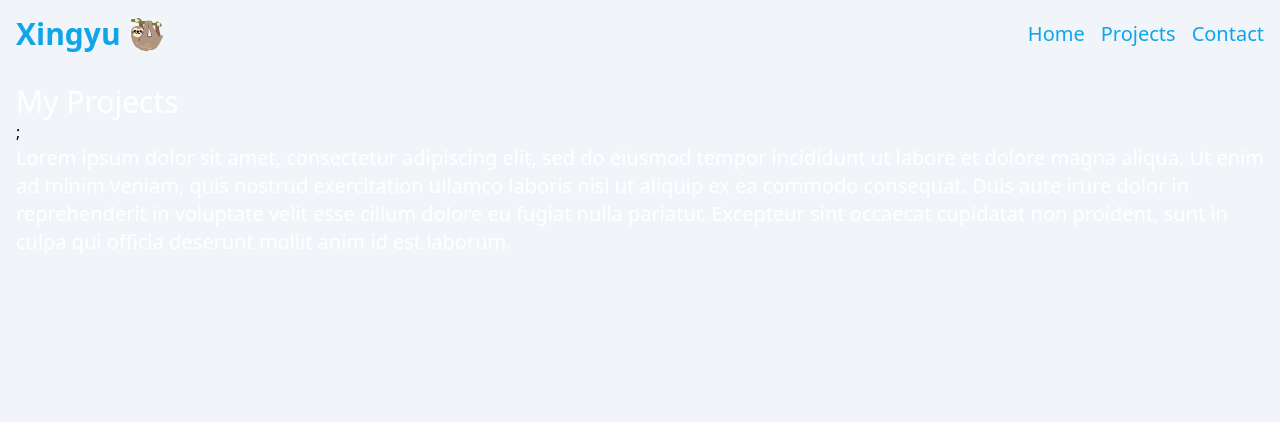
Repository: therealcyberlord/personal-portfolio
Page: /projects
These files come from the project's save history. The page is drawn as it stood at one moment and after the next save; the edit follows.
The browser window is 1280 px wide. The pictures show the whole page.
The project was rebuilt for these pictures with package versions that can differ from the ones it lists, and the page was loaded fresh each time. Also part of the build but not shown: vite.config.ts, src/components/Profile.tsx, src/pages/Home.tsx, src/pages/Contact.tsx.

Above is the page before, as saved 2023-07-31 22:30:11.

After the next save:
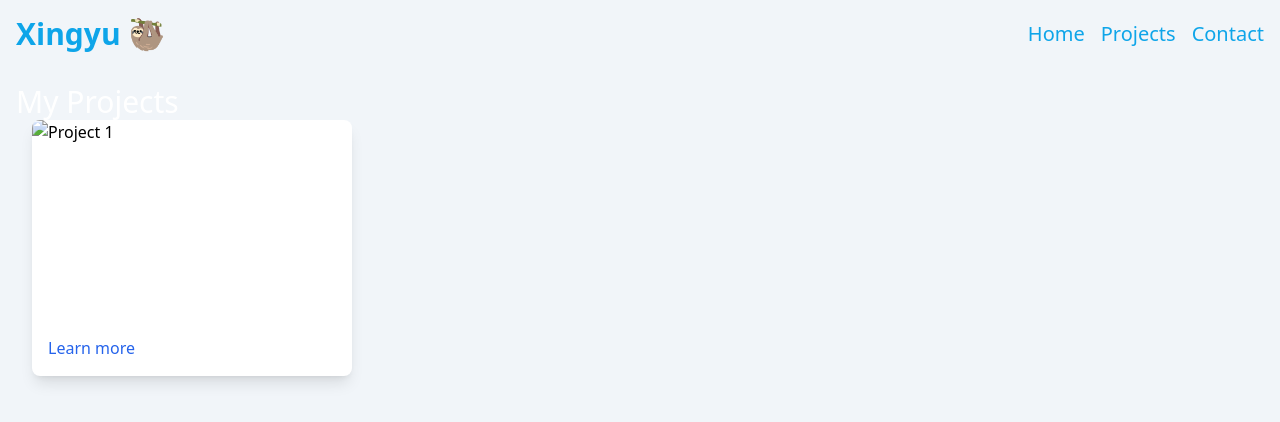
Saved 16 s later.
--- a/src/pages/Projects.tsx
+++ b/src/pages/Projects.tsx
@@ -6,16 +6,7 @@
       <h1 className="text-white text-2xl md:text-3xl font-medium">
         My Projects
       </h1>
-      ;
-      <p className="text-white text-xl">
-        Lorem ipsum dolor sit amet, consectetur adipiscing elit, sed do eiusmod
-        tempor incididunt ut labore et dolore magna aliqua. Ut enim ad minim
-        veniam, quis nostrud exercitation ullamco laboris nisi ut aliquip ex ea
-        commodo consequat. Duis aute irure dolor in reprehenderit in voluptate
-        velit esse cillum dolore eu fugiat nulla pariatur. Excepteur sint
-        occaecat cupidatat non proident, sunt in culpa qui officia deserunt
-        mollit anim id est laborum.
-      </p>
+      <Project />
     </div>
   );
 };
